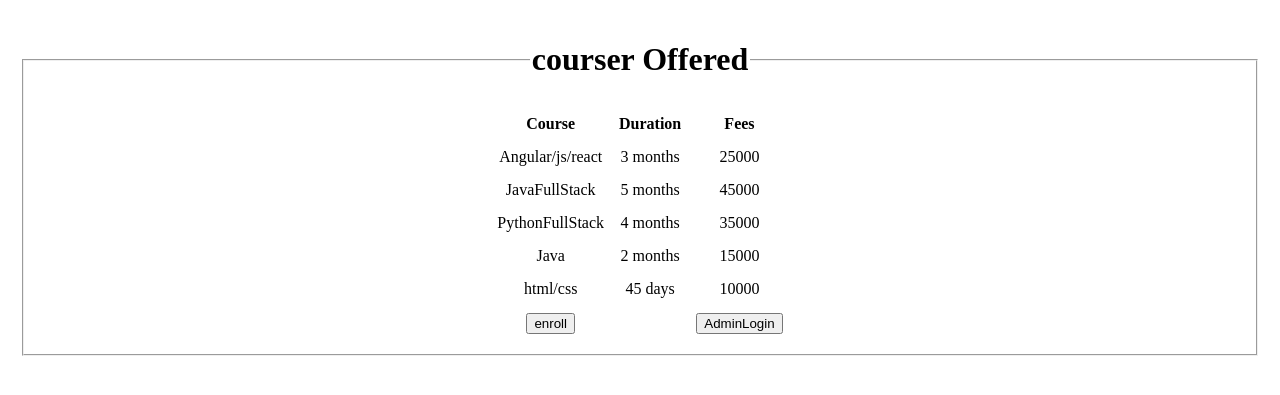
Repository: JanapatlaManojReddy/java
Page: http://localhost/institutionProject/
The author's editor kept a copy of each file at every save. The page is drawn from the files as they stood at one save, then again after the next save.
The browser window is 1280 px wide. The pictures show the whole page.
The page is served by Tomcat 9.

Above is the page before, as saved 2023-08-19 14:16:15.

After the next save:
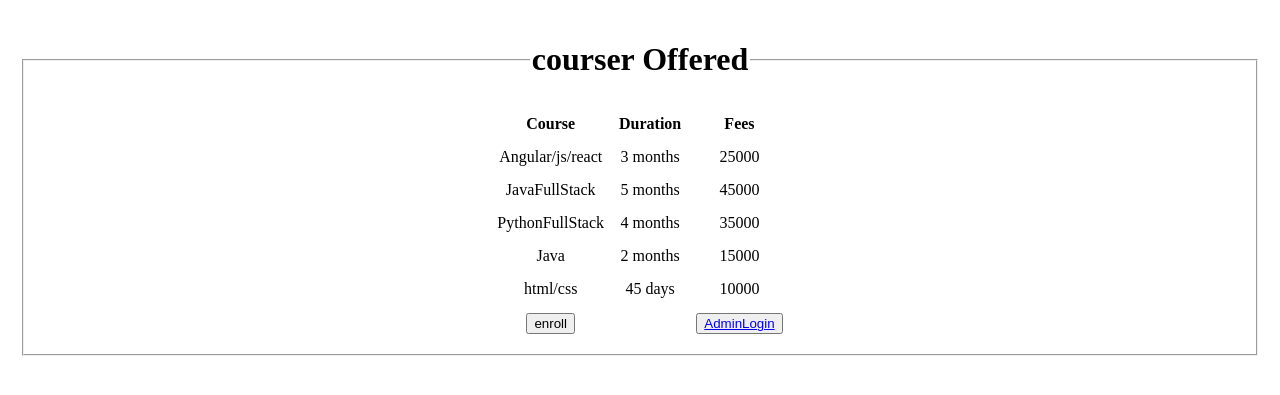
Saved 67 s later.
--- a/institutionProject/src/main/webapp/welcome.jsp
+++ b/institutionProject/src/main/webapp/welcome.jsp
@@ -56,7 +56,7 @@ margin:20px;
 <tr>
 <td><a href="StudentRegistration.jsp"><input type="button" value="enroll"></a></td>
 <td></td>
-<td><button a href="ManagementLogin.jsp"></a>AdminLogin</button></td>
+<td><a href="ManagementLogin.jsp"><button>AdminLogin</a></button></td>
 </tr>
 </table>
 
